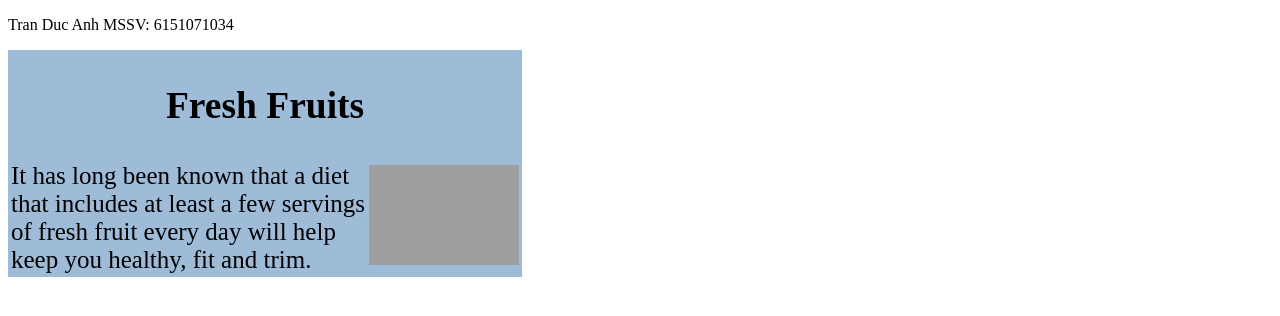
Repository: Helianthusss/Learn-CPP
Page: HTML/lap2/bai2.html
The author's editor kept a copy of each file at every save. The page is drawn from the files as they stood at one save, then again after the next save.
The browser window is 1280 px wide. The pictures show the whole page.
Pictures or frames that could not be fetched are drawn as grey boxes.

Above is the page before, as saved 2021-09-22 10:33:38.

After the next save:
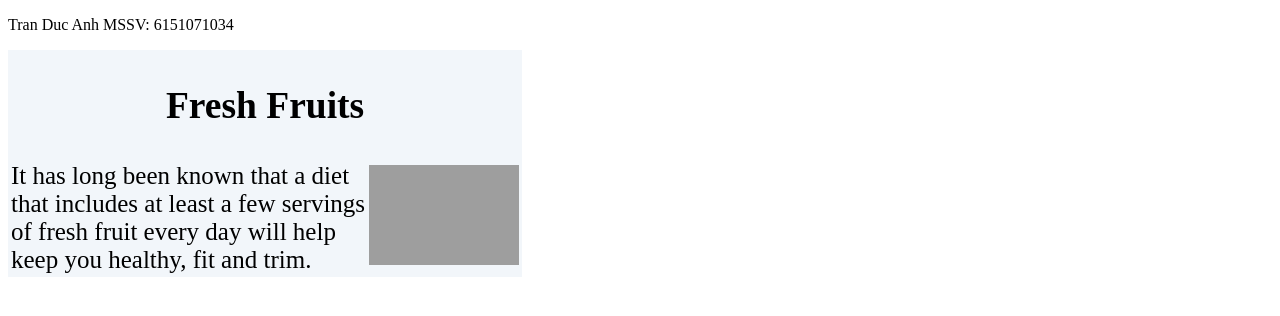
Saved 15 s later.
--- a/HTML/lap2/bai2.html
+++ b/HTML/lap2/bai2.html
@@ -7,7 +7,7 @@
     <title>FreshFruits</title>
     <style type="text/css">
       table {
-        background-color: rgb(158, 187, 216);
+        background-color: rgb(242, 246, 250);
         color: black;
         padding: 0px;
         font-family: "Times New Roman", Times, serif;
